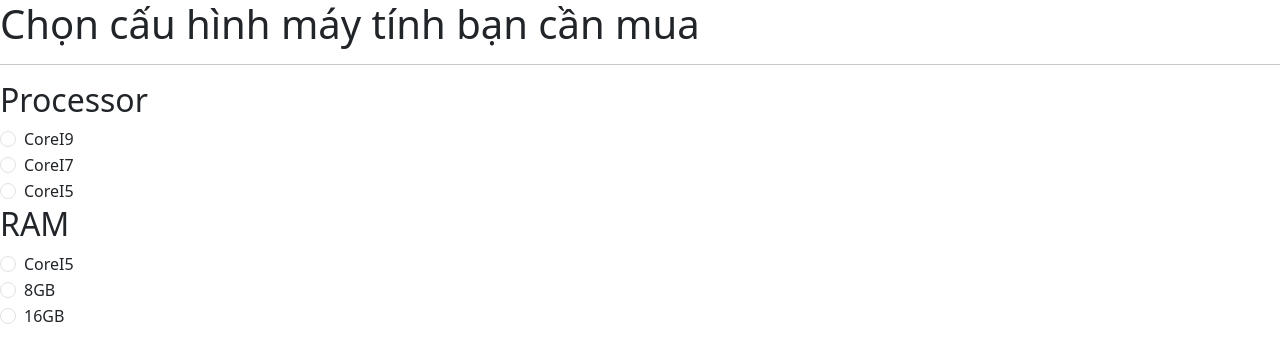
Repository: Vanh260703/Java-Servlet
Page: http://localhost/Bai7/muaMayTinh.jsp
An editor plug-in stored every save of this project. The page is shown before and after the next save, followed by the edit.
The browser window is 1280 px wide. The pictures show the whole page.
The page is served by Tomcat 9.

Above is the page before, as saved 2025-03-04 18:50:42.

### Bai7/src/main/webapp/muaMayTinh.jsp
<%@ page language="java" contentType="text/html; charset=UTF-8"
    pageEncoding="UTF-8"%>
<!DOCTYPE html>
<html>
<head>
<meta charset="UTF-8">
<title>Insert title here</title>
<link href="https://cdn.jsdelivr.net/npm/bootstrap@5.3.3/dist/css/bootstrap.min.css" rel="stylesheet" integrity="sha384-QWTKZyjpPEjISv5WaRU9OFeRpok6YctnYmDr5pNlyT2bRjXh0JMhjY6hW+ALEwIH" crossorigin="anonymous">
<script src="https://cdn.jsdelivr.net/npm/@popperjs/core@2.11.8/dist/umd/popper.min.js" integrity="sha384-I7E8VVD/ismYTF4hNIPjVp/Zjvgyol6VFvRkX/vR+Vc4jQkC+hVqc2pM8ODewa9r" crossorigin="anonymous"></script>
<script src="https://cdn.jsdelivr.net/npm/bootstrap@5.3.3/dist/js/bootstrap.min.js" integrity="sha384-0pUGZvbkm6XF6gxjEnlmuGrJXVbNuzT9qBBavbLwCsOGabYfZo0T0to5eqruptLy" crossorigin="anonymous"></script>
</head>
<body>
	<h1>Chọn cấu hình máy tính bạn cần mua</h1>
	<hr/>
	<form action="">
	<h2>Processor</h2>
		<div class="form-check">
  <input class="form-check-input" type="radio" name="processor" id = "coreI9" value = "coreI9">
  <label class="" for="coreI9">
    CoreI9
  </label>
</div>
<div class="form-check">
  <input class="form-check-input" type="radio" name="processor" id="coreI7" value = "coreI7" >
  <label class="form-check-label" for="coreI7">
    CoreI7
  </label>
</div>
<div class="form-check">
  <input class="form-check-input" type="radio" name="processor" id="coreI5" value = "coreI5" >
  <label class="form-check-label" for="coreI5">
    CoreI5
  </label>
</div>
<h2>RAM</h2>
<div class="form-check">
  <input class="form-check-input" type="radio" name="processor" id="coreI5" value = "coreI5" >
  <label class="form-check-label" for="coreI5">
    CoreI5
  </label>
</div>
<div class="form-check">
  <input class="form-check-input" type="radio" name="ram" id="8GB" value = "8GB" >
  <label class="form-check-label" for="8GB">
    8GB
  </label>
</div>
<div class="form-check">
  <input class="form-check-input" type="radio" name="ram" id="16GB" value = "16GB" >
  <label class="form-check-label" for="16GB">
    16GB
  </label>
</div>

	</form>
</body>
</html>

After the next save:
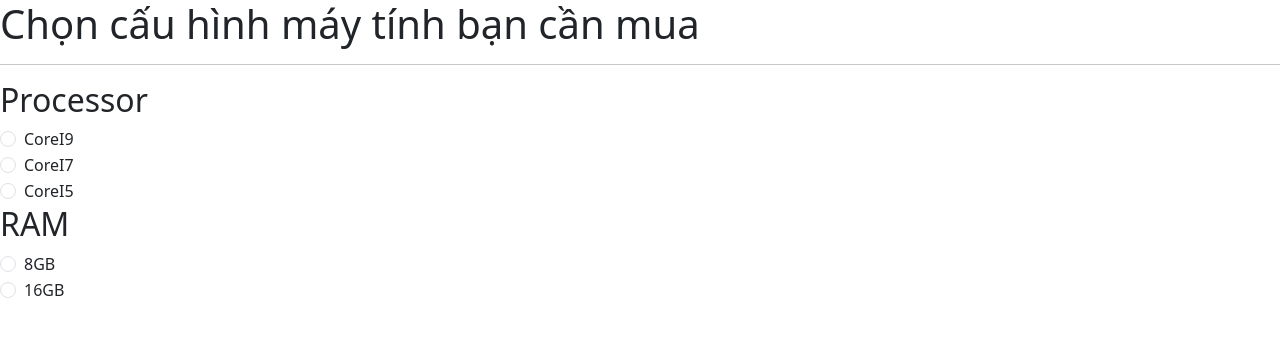
Saved 44 s later.
--- a/Bai7/src/main/webapp/muaMayTinh.jsp
+++ b/Bai7/src/main/webapp/muaMayTinh.jsp
@@ -34,12 +34,6 @@
 </div>
 <h2>RAM</h2>
 <div class="form-check">
-  <input class="form-check-input" type="radio" name="processor" id="coreI5" value = "coreI5" >
-  <label class="form-check-label" for="coreI5">
-    CoreI5
-  </label>
-</div>
-<div class="form-check">
   <input class="form-check-input" type="radio" name="ram" id="8GB" value = "8GB" >
   <label class="form-check-label" for="8GB">
     8GB
